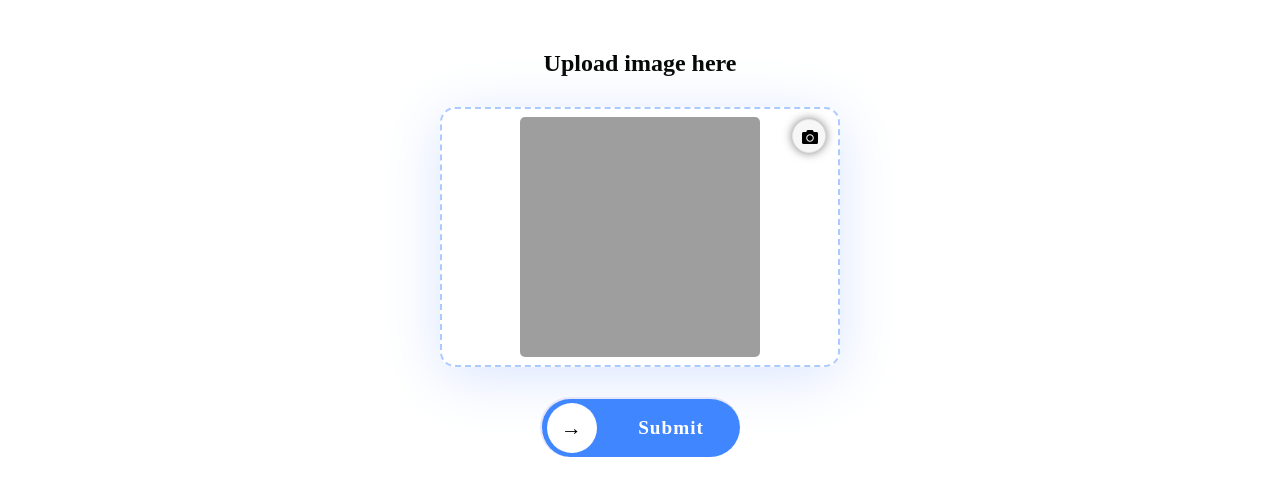
Repository: ThuongDuy/Phan_loai_anh
Page: hcsdlpt/index.html
The author's editor kept a copy of each file at every save. The page is drawn from the files as they stood at one save, then again after the next save.
The browser window is 1280 px wide. The pictures show the whole page.
Pictures or frames that could not be fetched are drawn as grey boxes. Some web libraries are served in a nearby version.

Above is the page before, as saved 2023-06-02 12:29:14.

After the next save:
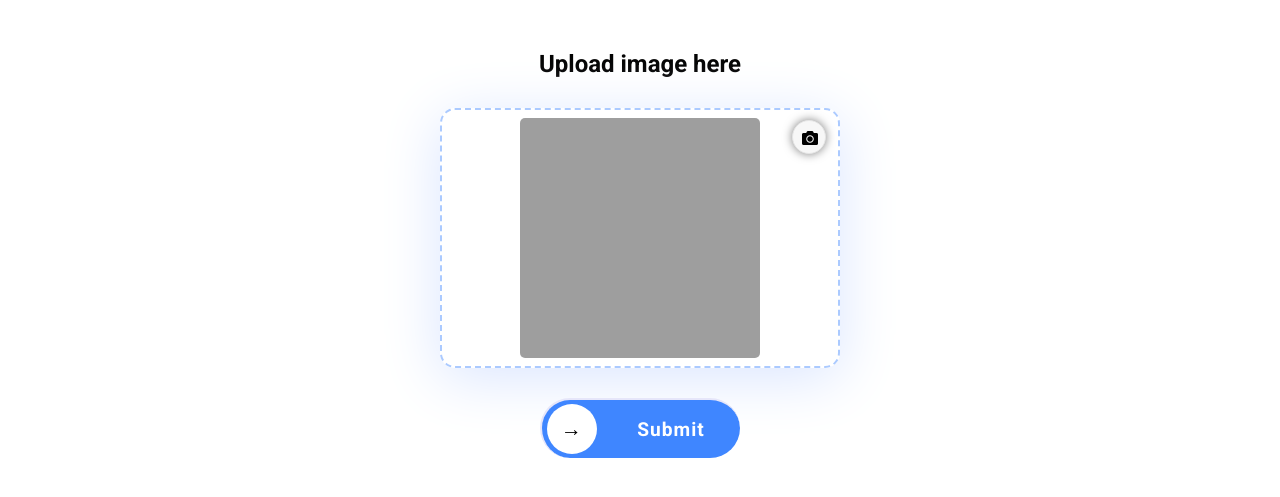
Saved 12 s later.
--- a/hcsdlpt/main.css
+++ b/hcsdlpt/main.css
@@ -67,7 +67,7 @@
     margin: 0;
     padding: 0;
     box-sizing: border-box;
-    font-family: Poppins;
+    font-family: 'Roboto', sans-serif;
 }
 
 button {
